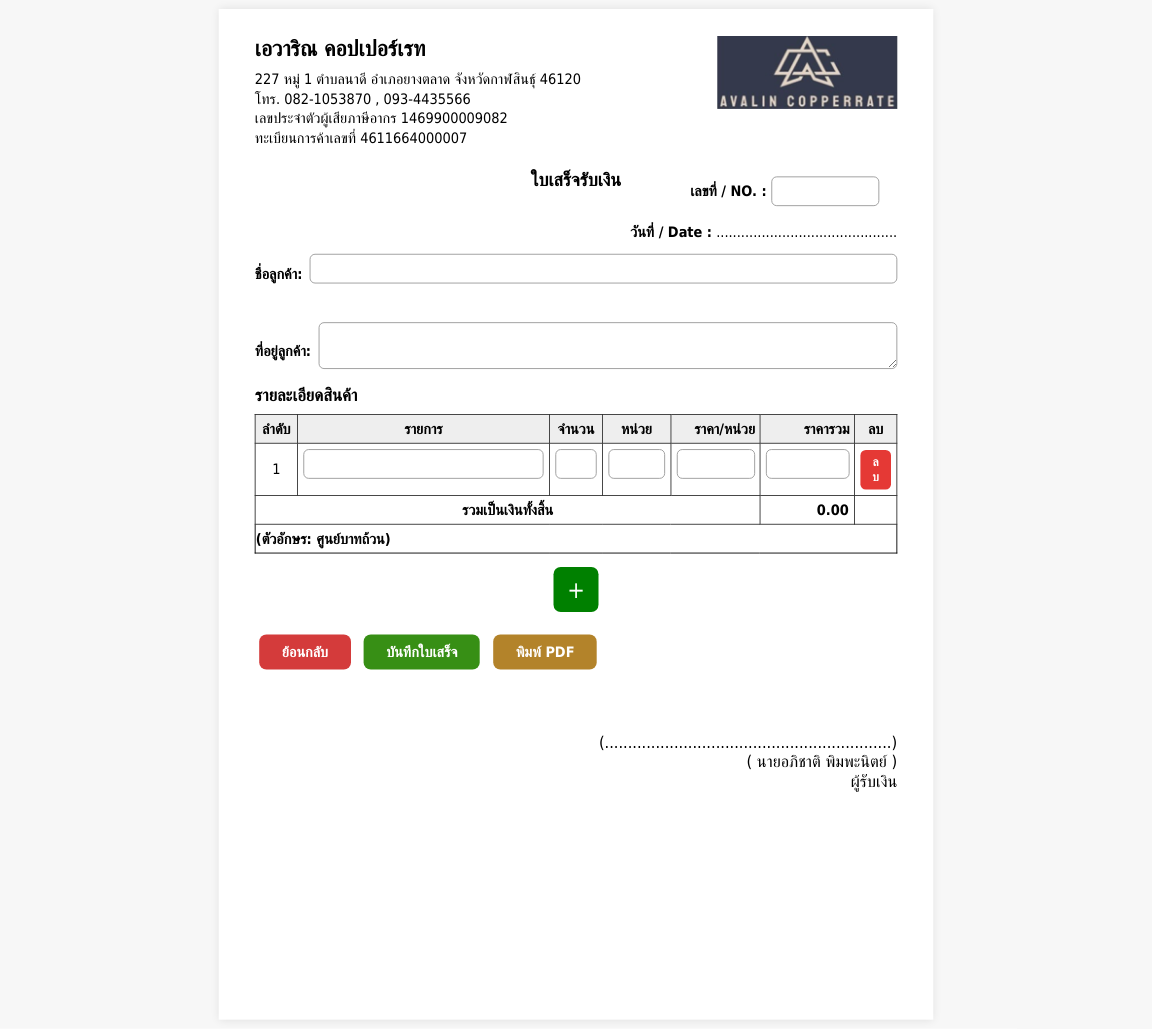
Repository: Hermesmercury88/shop_it
Page: quotation.html
An editor plug-in stored every save of this project. The page is shown before and after the next save, followed by the edit.
The browser window is 1280 px wide. The pictures show the whole page, at 90% of full size.
Some web fonts or font styles are not loaded; a fallback is used.

Above is the page before, as saved 2025-09-21 12:43:41.

### quotation.html
<!DOCTYPE html>
<html lang="th">
<head>
<meta charset="UTF-8">
<title>ใบเสร็จรับเงิน</title>
<link href="css/quotation.css" rel="stylesheet">
<style>
/* ตาราง */
table { border-collapse: collapse; width: 100%; }
table, th, td { border: 1px solid #000; }
th, td { padding: 5px; text-align: center; }
tfoot td { font-weight: bold; }

/* ปุ่ม */
.add-btn, .remove-btn { cursor: pointer; }

/* ปรับแถวรวม */
tfoot .total-row td { border-top: 1px solid #000; }
tfoot .total-row td:first-child { border-right: 1px solid #000; }
</style>
</head>
<body>
<div class="container" id="receiptContent">

    <!-- ส่วนหัว -->
    <div class="header-info">
        <div class="company">
            <h2>เอวาริณ คอปเปอร์เรท</h2>
            <p>227 หมู่ 1 ตำบลนาดี อำเภอยางตลาด จังหวัดกาฬสินธุ์ 46120</p>
            <p>โทร. 082-1053870 , 093-4435566</p>
            <p>เลขประจำตัวผู้เสียภาษีอากร 1469900009082</p>
            <p>ทะเบียนการค้าเลขที่ 4611664000007</p>
        </div>
        <div class="logo">
            <img src="./pic/logo.png" alt="logo">
        </div>
    </div>

    <!-- ฟอร์ม -->
    <form action="http://localhost/shop/save.php" method="post" id="receiptForm">

        <div class="doc-title">
            <h2>ใบเสร็จรับเงิน</h2>
            <div class="doc-info">
                <label>เลขที่ / NO. : <input type="text" name="order_no" required></label>
                <span><b>วันที่ / Date :</b> ............................................</span>
            </div>
        </div>

        <div class="customer-info">
            <label>ชื่อลูกค้า: <input type="text" name="customer_name" required></label><br>
            <label>ที่อยู่ลูกค้า: <textarea name="customer_address" rows="2" required></textarea></label>
        </div>

        <h3>รายละเอียดสินค้า</h3>
        <table id="itemsTable">
            <thead>
                <tr>
                    <th>ลำดับ</th>
                    <th>รายการ</th>
                    <th>จำนวน</th>
                    <th>หน่วย</th>
                    <th>ราคา/หน่วย</th>
                    <th>ราคารวม</th>
                    <th>ลบ</th>
                </tr>
            </thead>
            <tbody>
                <tr>
                    <td>1</td>
                    <td><input type="text" name="item_name[]"></td>
                    <td><input type="number" name="qty[]" class="qty"></td>
                    <td><input type="text" name="unit[]"></td>
                    <td><input type="number" name="price[]" class="price"> </td>
                    <td><input type="text" name="total[]" class="total" readonly></td>
                    <td><button type="button" class="remove-btn">ลบ</button></td>
                </tr>
            </tbody>
            <tfoot>
                <!-- รวมเป็นเงินทั้งสิ้น -->
                 <tr>
                    <td colspan="5" style="text-align:center;font-weight:bold;">รวมเป็นเงินทั้งสิ้น</td>
                    <td style="text-align:right;font-weight:bold;">
                        <span id="grandTotalDisplay">0.00</span>
                    </td>
                    <td></td>
                </tr>
                <!-- ตัวอักษร -->
                 <tr>
                    <td colspan="7" style="text-align:left;font-weight:bold;">
                        (ตัวอักษร: <span id="thaiTextDisplay">ศูนย์บาทถ้วน</span>)
                    </td>
                </tr>
            </tfoot>
        </table>

        <input type="hidden" name="grand_total" id="grand_total_input">

        <button type="button" class="add-btn">+</button>
        <button type="button" class="button btn-back" onclick="window.location.href='index.html'">ย้อนกลับ</button>
        <button type="submit" class="button btn-save">บันทึกใบเสร็จ</button>
        <button type="button" class="button btn-print" onclick="printPDF()">พิมพ์ PDF</button>
    </form>

    <div class="signature">
        <p>(..............................................................)<br>( นายอภิชาติ พิมพะนิตย์ )<br>ผู้รับเงิน</p>
    </div>
</div>

<script>
// แปลงตัวเลขเป็นภาษาไทย
function numberToThaiText(number) {
    const txtnum = ["ศูนย์","หนึ่ง","สอง","สาม","สี่","ห้า","หก","เจ็ด","แปด","เก้า"];
    const txtdigit = ["","สิบ","ร้อย","พัน","หมื่น","แสน","ล้าน"];
    if(number === 0) return "ศูนย์บาทถ้วน";
    let bahtText = "";
    let numStr = number.toFixed(2).toString();
    let [intPart, decPart] = numStr.split(".");
    let intLen = intPart.length;

    for(let i=0; i<intLen; i++){
        let n = parseInt(intPart.charAt(i));
        let pos = intLen - i - 1;
        if(n!==0){
            if(pos==1 && n==1) bahtText += "สิบ";
            else if(pos==1 && n==2) bahtText += "ยี่สิบ";
            else if(pos==0 && n==1 && intLen>1) bahtText += "เอ็ด";
            else bahtText += txtnum[n] + (pos>0?txtdigit[pos]:"");
        }
    }
    bahtText += "บาท";
    if(decPart=="00") bahtText += "ถ้วน";
    else {
        let d1 = parseInt(decPart.charAt(0));
        let d2 = parseInt(decPart.charAt(1));
        if(d1!=0){
            if(d1==1) bahtText += "สิบ";
            else if(d1==2) bahtText += "ยี่สิบ";
            else bahtText += txtnum[d1]+"สิบ";
        }
        if(d2!=0){
            if(d2==1) bahtText += "เอ็ดสตางค์";
            else bahtText += txtnum[d2]+"สตางค์";
        }
    }
    return bahtText;
}

// คำนวณราคารวม
function calculateTotals() {
    let qtys = document.querySelectorAll(".qty");
    let prices = document.querySelectorAll(".price");
    let totals = document.querySelectorAll(".total");
    let grandTotal = 0;

    qtys.forEach((qty, i) => {
        let q = parseFloat(qty.value) || 0;
        let p = parseFloat(prices[i].value) || 0;
        let sum = q * p;
        totals[i].value = sum.toFixed(2);
        grandTotal += sum;
    });

    // แสดงผลรวม
    document.getElementById("grandTotalDisplay").innerText = grandTotal.toFixed(2);
    document.getElementById("grand_total_input").value = grandTotal.toFixed(2);

    // แสดงตัวอักษร
    document.getElementById("thaiTextDisplay").innerText = numberToThaiText(grandTotal);
}

// event คำนวณอัตโนมัติ
document.addEventListener("input", function(e){
    if(e.target.classList.contains("qty") || e.target.classList.contains("price")){
        calculateTotals();
    }
});

// เพิ่มแถวสินค้า
document.querySelector(".add-btn").addEventListener("click", function(){
    let table = document.getElementById("itemsTable").getElementsByTagName("tbody")[0];
    let rowCount = table.rows.length;
    let row = table.insertRow();
    row.innerHTML = `
        <td>${rowCount+1}</td>
        <td><input type="text" name="item_name[]"></td>
        <td><input type="number" name="qty[]" class="qty"></td>
        <td><input type="text" name="unit[]"></td>
        <td><input type="number" name="price[]" class="price"></td>
        <td><input type="text" name="total[]" class="total" readonly></td>
        <td><button type="button" class="remove-btn">ลบ</button></td>
    `;
});

// ลบแถวสินค้า
document.getElementById("itemsTable").addEventListener("click", function(e){
    if(e.target.classList.contains("remove-btn")){
        let row = e.target.closest("tr");
        row.parentNode.removeChild(row);
        calculateTotals();
        let rows = document.querySelectorAll("#itemsTable tbody tr");
        rows.forEach((r, i) => r.cells[0].innerText = i+1);
    }
});

// ปุ่มพิมพ์ PDF
function printPDF() {
  window.print();
}

</script>
</body>
</html>

### css/quotation.css
@font-face {
    font-family: "TH SarabunPSK";
    src: url("./fonts/THSarabunPSK.woff2") format("woff2"),
         url("./fonts/THSarabunPSK.woff") format("woff"),
         url("./fonts/THSarabunPSK.ttf") format("truetype");
    font-weight: normal;
    font-style: normal;
}

/* รีเซ็ต */
* {
    margin: 0;
    padding: 0;
    box-sizing: border-box;
    font-family: "TH SarabunPSK", Tahoma, sans-serif;
}

body {
    background: #f7f7f7;
    padding: 10px;
    display: flex;
    justify-content: center;
}

.container {
    background: #fff;
    width: 210mm;       /* กำหนดตรง A4 */
    min-height: 297mm;  /* ความสูง A4 */
    padding: 30px 40px;
    box-shadow: 0 0 10px rgba(0,0,0,0.1);
}

/* ส่วนหัว */
.header-info {
    display: flex;
    justify-content: space-between;
    margin-bottom: 22px;
}

.company {
    width: 65%;
    text-align: left;
}

.company h1 {
    font-size: 30px;
    margin-bottom: 10px;
}

.company h2 {
    font-size: 24px;
    margin-bottom: 10px;
}

.company p {
    font-size: 16px;
    margin: 3px 0;
}

.logo {
    text-align: left;
    margin-bottom: 20px;
}

.logo img {
    width: 200px;
    height: auto;
    display: block;
}

/* หัวใบเสร็จ */
.doc-title {
    text-align: center;
    margin: 20px 0 70px;
    position: relative;
}

.doc-title h2 {
    font-size: 20px;
    font-weight: bold;
}

.doc-info {
    position: absolute;
    right: 0;
    top: 0;
    font-size: 20px;
    text-align: right;
}

.doc-info span {
    display: block;
    margin: 3px 0;
}

.doc-info label,
.doc-info span {
    font-size: 16px;
}

/* เลขที่/NO ให้อยู่บรรทัดเดียวกับ input */
.doc-info label {
  display: inline-block;
  font-weight: bold;
  margin-right: 20px;
}

.doc-info input[type="text"] {
  width: 120px;
  display: inline-block;
}

/* ลูกค้าและที่อยู่ต่อท้าย label */
.customer-info label {
  display: flex;
  align-items: center;
  margin: 6px 0;
  font-weight: bold;
}

.customer-info input,
.customer-info textarea {
  margin-left: 8px;
  flex: 1;
}

/* รวมเป็นเงินทั้งสิ้น */
tfoot td {
  border: 1px solid #333;
}


/* ฟอร์ม */
label {
  font-size: 16px;
  font-weight: bold;
  display: block;
  margin: 8px 0 4px;
}

input[type="text"], textarea, input[type="number"] {
  font-size: 16px;
  padding: 6px;
  border: 1px solid #999;
  border-radius: 6px;
  width: 100%;
  margin-bottom: 12px;
}

/* ตาราง */
table {
  width: 100%;
  border-collapse: collapse;
  margin-top: 10px;
  table-layout: fixed; /* ใช้ความกว้างตามที่กำหนด */
}

table th,
table td {
  border: 1px solid #333;
  padding: 6px;
  text-align: center;
  font-size: 16px;
  word-wrap: break-word;   /* บังคับตัดคำ */
  word-break: break-word;  /* กันข้อความยาวติดกันไม่ตัด */
  white-space: normal;     /* ให้ขึ้นบรรทัดใหม่ได้ */
}

table th {
  background: #eee;
  font-weight: bold;
}



/* กำหนดสัดส่วนคอลัมน์ */
table th:nth-child(1), table td:nth-child(1) { width: 8%; }   /* ลำดับ */
table th:nth-child(2), table td:nth-child(2) { width: 55%; }  /* รายการ (กว้างสุด) */
table th:nth-child(3), table td:nth-child(3) { width: 10%; }  /* จำนวน */
table th:nth-child(4), table td:nth-child(4) { width: 13%; }  /* หน่วย */
table th:nth-child(5), table td:nth-child(5) { width: 15%; }  /* ราคา/หน่วย */
table th:nth-child(6), table td:nth-child(6) { width: 15%; }  /* ราคารวม */
table th:nth-child(7), table td:nth-child(7) { width: 8%; }  /* ลบ */

/* ปุ่ม */
.button {
  display: inline-block;
  font-size: 16px;
  font-weight: bold;
  padding: 10px 25px;
  margin: 10px 5px;
  border: none;
  border-radius: 8px;
  cursor: pointer;
  color: white;
}

.btn-back { background: #d43b3b; }
.btn-save { background: #378f15; }
.btn-print { background: #b3832a; }

.add-btn {
  display: block;
  margin: 15px auto;
  width: 50px;
  height: 50px;
  font-size: 26px;
  background: green;
  color: white;
  border: none;
  border-radius: 8px;
  cursor: pointer;
}

/* ปุ่มลบ */
.remove-btn {
  background-color: #e53935;
  color: white;
  border: none;
  padding: 6px 12px;
  border-radius: 6px;
  cursor: pointer;
  font-weight: bold;
}

.remove-btn:hover {
  background-color: #ef5350;
}

/* รวมเงิน */
.grand-total {
  text-align: right;
  font-weight: bold;
  font-size: 18px;
  margin-top: 15px;
}

/* ลายเซ็น */
.signature {
  margin-top: 60px;
  text-align: right;
  font-size: 18px;
}

/* @media print */
@media print {
  #thaiTextDisplay {
    display: inline-block !important;   /* ให้ span แสดงแน่นอน */
    font-weight: bold !important;
    font-size: 16px !important;
    color: #000 !important;
    text-align: center !important;
  }

  /* ซ่อนปุ่มทั้งหมด */
  .button, .add-btn, .remove-btn {
    display: none !important;
  }

  /* ซ่อนคอลัมน์ลบในตาราง */
  th:last-child, td:last-child {
    display: none !important;
  }

  input, textarea {
    border: none !important;
    outline: none !important;
    background: transparent !important;
    pointer-events: none;
    font-size: 14px;
    font-family: "TH SarabunPSK", sans-serif;
    color: #000;
  }

  input::placeholder, textarea::placeholder {
    color: transparent !important;
  }

  body {
    background: none !important;
    padding: 0 !important;
  }

  .container {
    box-shadow: none !important;
    margin: 0 auto !important;
    width: 210mm !important;
    min-height: 297mm !important;
    background: #fff !important;
  }

  @page {
    size: A4 portrait;
    margin: 15mm;
  }
}


  /* td ที่ครอบ span ใน tfoot */
  tfoot tr:last-child td {
    display: table-cell !important;
    text-align: left !important;
    border: none !important;
    padding-left: 0 !important;
  }


/* กำหนดสัดส่วนคอลัมน์ */
table th:nth-child(1), table td:nth-child(1) { width: 8% !important; text-align: center; }
table th:nth-child(2), table td:nth-child(2) { width: 48% !important; }
table th:nth-child(3), table td:nth-child(3) { width: 10% !important; text-align: center; }
table th:nth-child(4), table td:nth-child(4) { width: 13% !important; text-align: center; }
table th:nth-child(5), table td:nth-child(5) { width: 17% !important; text-align: right; padding-right: 5px; }
table th:nth-child(6), table td:nth-child(6) { width: 18% !important; text-align: right; padding-right: 5px; }

.summary-outside {
  display: none !important;
}

After the next save:
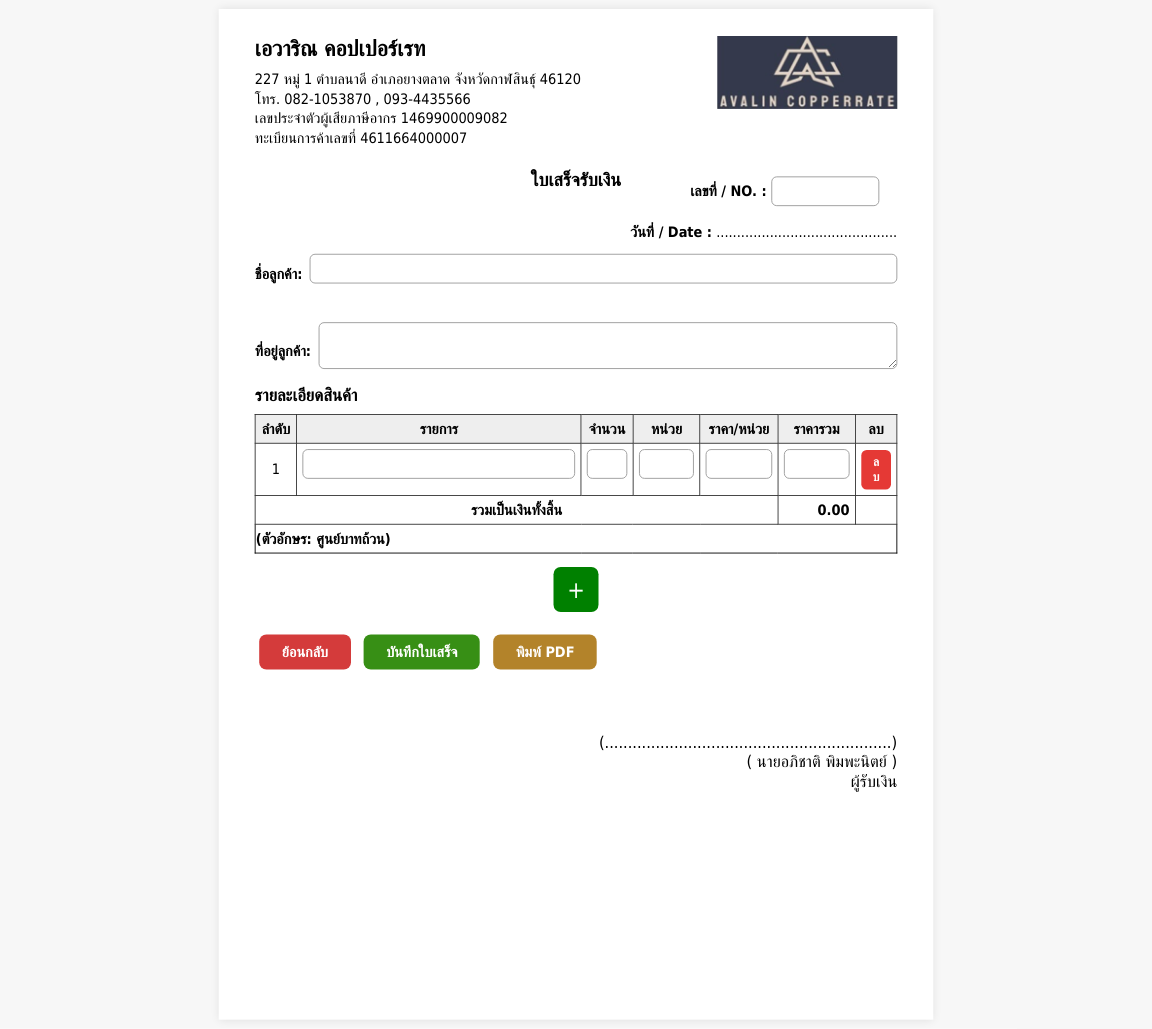
Saved 63 s later.
--- a/css/quotation.css
+++ b/css/quotation.css
@@ -306,12 +306,12 @@ table th:nth-child(7), table td:nth-child(7) { width: 8%; }  /* ลบ */
 
 
 /* กำหนดสัดส่วนคอลัมน์ */
-table th:nth-child(1), table td:nth-child(1) { width: 8% !important; text-align: center; }
-table th:nth-child(2), table td:nth-child(2) { width: 48% !important; }
-table th:nth-child(3), table td:nth-child(3) { width: 10% !important; text-align: center; }
-table th:nth-child(4), table td:nth-child(4) { width: 13% !important; text-align: center; }
-table th:nth-child(5), table td:nth-child(5) { width: 17% !important; text-align: right; padding-right: 5px; }
-table th:nth-child(6), table td:nth-child(6) { width: 18% !important; text-align: right; padding-right: 5px; }
+table th:nth-child(1), table td:nth-child(1) { width: 8%; }   /* ลำดับ */
+table th:nth-child(2), table td:nth-child(2) { width: 55%; }  /* รายการ (กว้างสุด) */
+table th:nth-child(3), table td:nth-child(3) { width: 10%; }  /* จำนวน */
+table th:nth-child(4), table td:nth-child(4) { width: 13%; }  /* หน่วย */
+table th:nth-child(5), table td:nth-child(5) { width: 15%; }  /* ราคา/หน่วย */
+table th:nth-child(6), table td:nth-child(6) { width: 15%; }  /* ราคารวม */
 
 .summary-outside {
   display: none !important;
